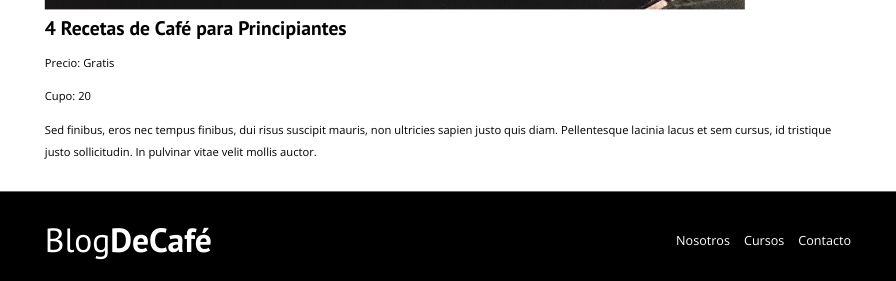
Repository: araque1990/blog_de_cafe
Page: cursos.html
An editor plug-in stored every save of this project. The page is shown before and after the next save, followed by the edit.
The browser window is 1280 px wide. The pictures show the part of the page from y = 1938 to 3858 px (the page is 2340 px tall before and 5311 px after), at 70% of full size.

Above is the page before, as saved 2023-01-12 18:26:40.

After the next save:
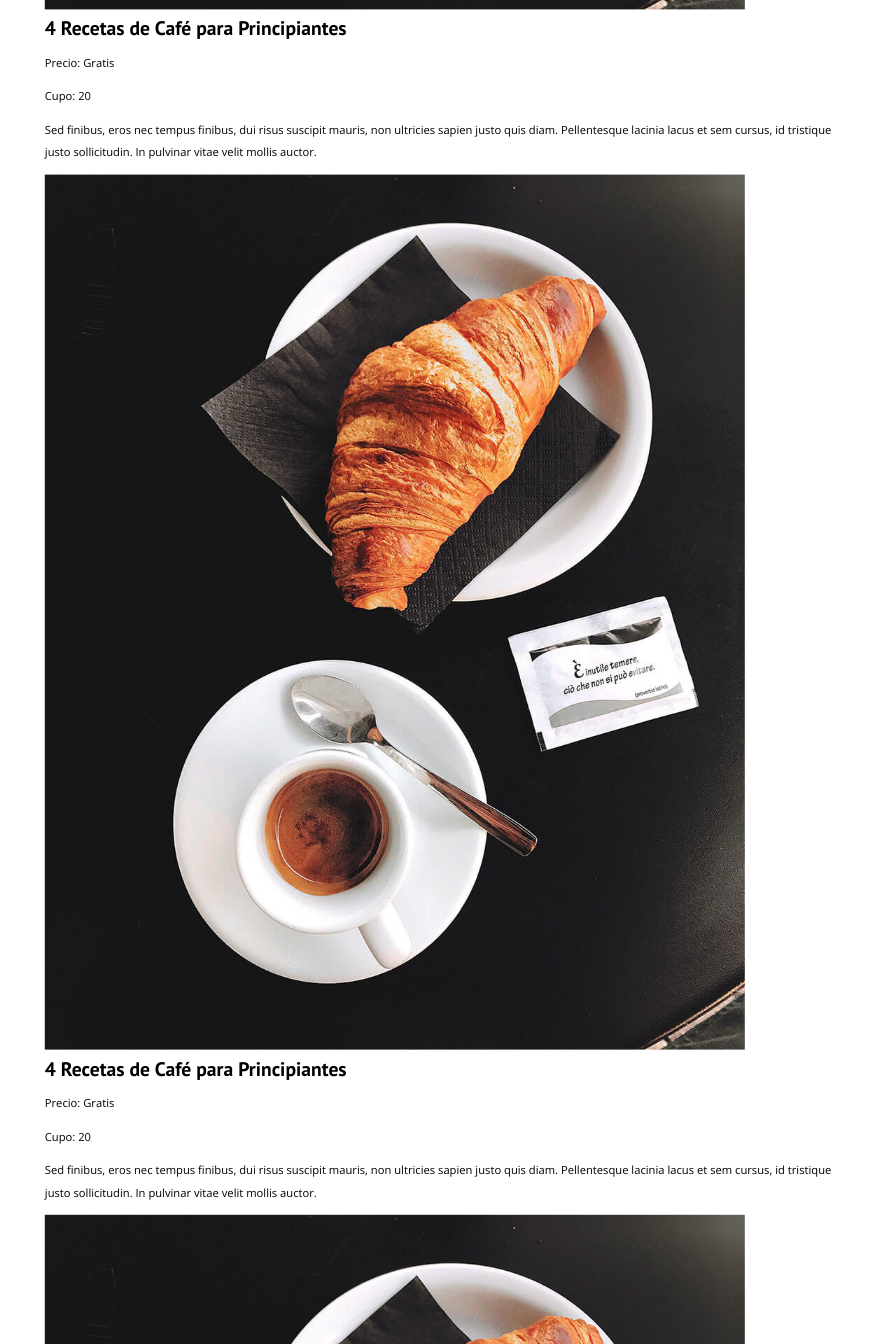
Saved 2 min 7 s later.
--- a/cursos.html
+++ b/cursos.html
@@ -50,8 +50,46 @@
         <p class="curso__descripcion">
           Sed finibus, eros nec tempus finibus, dui risus suscipit mauris, non ultricies sapien justo quis diam. Pellentesque lacinia lacus et sem cursus, id tristique justo sollicitudin. In pulvinar vitae velit mollis auctor.
         </p>
+      </div> <!--.curso__informacion-->
+    </div> <!--.curso-->
+
+    <div class="curso">
+      <div class="curso__imagen">
+        <img src="img/curso1.jpg" alt="imagen del curso">
       </div>
-    </div>
+
+      <div class="curso__informacion">
+        <h4 class="no-margin">4 Recetas de Café para Principiantes</h4>
+        <p class="curso__label">Precio:
+          <span class="curso__info">Gratis</span>
+        </p>
+        <p class="curso__label">Cupo:
+          <span class="curso__info">20</span>
+        </p>
+        <p class="curso__descripcion">
+          Sed finibus, eros nec tempus finibus, dui risus suscipit mauris, non ultricies sapien justo quis diam. Pellentesque lacinia lacus et sem cursus, id tristique justo sollicitudin. In pulvinar vitae velit mollis auctor.
+        </p>
+      </div> <!--.curso__informacion-->
+    </div> <!--.curso-->
+
+    <div class="curso">
+      <div class="curso__imagen">
+        <img src="img/curso1.jpg" alt="imagen del curso">
+      </div>
+
+      <div class="curso__informacion">
+        <h4 class="no-margin">4 Recetas de Café para Principiantes</h4>
+        <p class="curso__label">Precio:
+          <span class="curso__info">Gratis</span>
+        </p>
+        <p class="curso__label">Cupo:
+          <span class="curso__info">20</span>
+        </p>
+        <p class="curso__descripcion">
+          Sed finibus, eros nec tempus finibus, dui risus suscipit mauris, non ultricies sapien justo quis diam. Pellentesque lacinia lacus et sem cursus, id tristique justo sollicitudin. In pulvinar vitae velit mollis auctor.
+        </p>
+      </div> <!--.curso__informacion-->
+    </div> <!--.curso-->
 
   </main>
 
